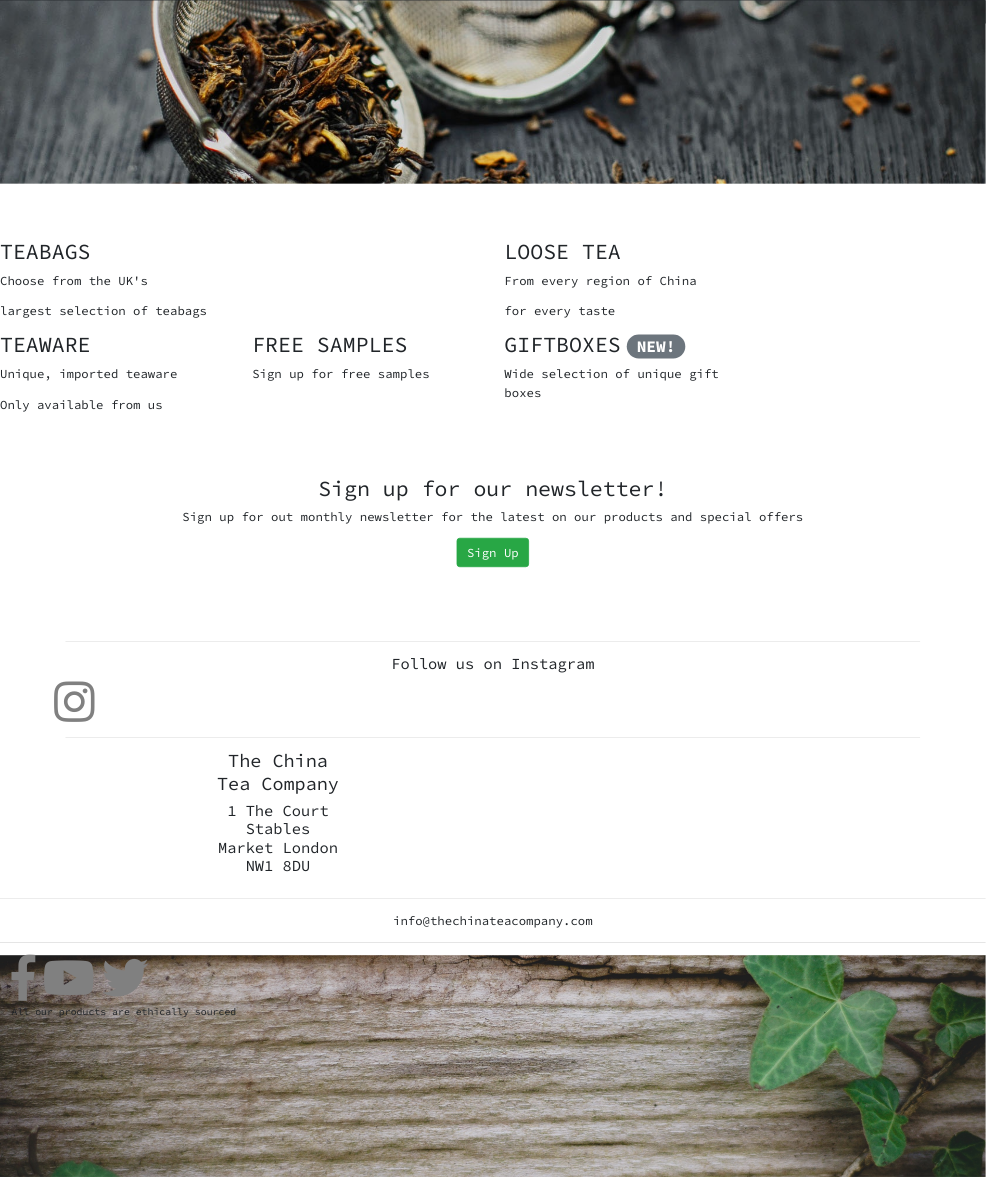
Repository: Code-Institute-Submissions/china-tea
Page: index.html
The author's editor kept a record of every edit. The page is drawn from the files as they stood at one moment, then again after the next edit.
The browser window is 1280 px wide. The page is 1295 px wide, so the pictures cover 1295 px, including what lies to the right of the window. The pictures show the part of the page from y = 720 to 2248 px (the page is 2248 px tall), at 77% of full size.
Backgrounds fixed to the window are drawn as part of the page. Some web libraries are served in a nearby version.

Above is the page before.

### index.html
<!DOCTYPE html>
<html lang="en">

<head>
    <meta charset="UTF-8">
    <meta name="viewport" content="width=device-width, initial-scale=1.0">
    <meta http-equiv="X-UA-Compatible" content="ie=edge">
    <link rel="stylesheet" href="https://stackpath.bootstrapcdn.com/bootstrap/4.3.1/css/bootstrap.min.css" integrity="sha384-ggOyR0iXCbMQv3Xipma34MD+dH/1fQ784/j6cY/iJTQUOhcWr7x9JvoRxT2MZw1T" crossorigin="anonymous">

    <link rel="stylesheet" href="https://use.fontawesome.com/releases/v5.1.1/css/all.css" integrity="sha384-O8whS3fhG2OnA5Kas0Y9l3cfpmYjapjI0E4theH4iuMD+pLhbf6JI0jIMfYcK3yZ" crossorigin="anonymous">
    <link href="https://fonts.googleapis.com/css?family=Indie+Flower|Source+Code+Pro:400,700&display=swap" rel="stylesheet">
    <link rel="stylesheet" href="./assets/style.css" type="text/css" />
    <title>China Tea Company | Buy specially imported tea, tea-ware and gift boxes</title>
</head>

<body>

        <div class="container-fluid callout-container">

    <!-- navbar -->


    <nav class="navbar transparent navbar-expand-sm">
        <a href="/" class="navbar-home">Home</a>

        <button class="navbar-toggler ml-auto" type="button" data-toggle="collapse" data-target="#navbarNavDropdown" aria-controls="navbarNavDropdown" aria-expanded="false" aria-label="Toggle navigation">
    <span class="navbar-toggler-icon"></span>
</button>

        <div class="collapse navbar-collapse" id="navbarNavDropdown">

            <ul class="navbar-nav mx-auto">
                <div class="dropdown">
                    <a class="btn btn-transparent dropdown-toggle" href="#" role="button" id="dropdownMenuLink" data-toggle="dropdown" aria-haspopup="true" aria-expanded="false">Shop
  </a>

                    <div class="dropdown-menu" aria-labelledby="dropdownMenuLink">
                        <a class="dropdown-item" href="#">Teabags</a>
                        <a class="dropdown-item" href="#">Loose Tea</a>
                        <a class="dropdown-item" href="#">Teaware</a>
                        <a class="dropdown-item" href="#">Giftboxes</a>
                    </div>
                </div>


            </ul>




            <ul class="navbar-nav ml-auto ">

                <li class="nav-item"><a class="nav-link" href="/contact">Contact Us</a></li>
                <li class="nav-item"><a class="nav-link" href="/sign-in">Sign-in Sign-up</a></li>
            </ul>

        </div>
    </nav>

    <!-- /.navbar -->




        <!--Callout-->
        <section class="callout">
            <div class="row">

                <h1>The China Tea Company</h1>
                <div>
                    <h4 class="since text-muted">Since 1992</h4>
                </div>
            </div>
            <div class="row">
                <h2>Discover Chinese tea</h2>
            </div>

            <div class="row">
                <p><mark><strong>Sign up now for special offers</strong></mark>
                </p>
            </div>
            <div class="row">
                <button type="button" class="btn btn-outline-warning" data-toggle="modal" data-target="#signUpModal">Sign up!</button>
            </div>


            <div class="row">
                <div class="col-12 col-sm-4">
                </div>
                <div class="col-12 col-sm-4">

                    <p class="lead">The best selection of tea and tea-ware sourced directly from China by our experts</p>
                </div>
                <div class="col-12 col-sm-4">
                </div>
            </div>
        </section>


        <!--/.Callout-->
    </div>

    <div class="container-fluid buffer-container">
        <!--background buffer-->


    </div>

    <!--/.background buffer-->



        <!--Purchase-->

    <section class="purchase">
        <div class="row">
            <div class="col-12 col-sm-6 tea-bags-img">

            </div>
            <div class="col-12 col-sm-6">

            </div>
        </div>
            <div class="row">
                <div class="col-12 col-sm-6">
                    <div class="teabags">
                        <h3 class="text-uppercase">Teabags </h3>
                        <p>Choose from the UK's</p>
                        <p>largest selection of teabags</p>
                    </div>
                </div>



                <div class="col-12 col-sm-6">
                    <div class="loosetea">
                        <h3 class="text-uppercase">Loose Tea</h3>
                        <p>From every region of China</p>
                        <p>for every taste</p>
                    </div>
                </div>
            </div>




            <div class="row">
                <div class="col-12 col-sm-3">
                    <div class="teaware">
                        <h3 class="text-uppercase">Teaware</h3>
                        <p>Unique, imported teaware</p>
                        <p>Only available from us</p>
                    </div>
                </div>


                <div class="col-12 col-sm-3">
                    <div class="freesamples">
                        <h3 class="text-uppercase">Free Samples</h3>
                        <p>Sign up for free samples</p>
                    </div>
                </div>


                <div class="col-12 col-sm-3">

                    <div class="giftboxes">
                        <h3 class="text-uppercase">Giftboxes<span class="badge  badge-pill badge-secondary ml-2">NEW!</span></h3>
                        <p>Wide selection of unique gift boxes</p>
                    </div>
                </div>
            </div>


</section>


        <!--/.purchase-->





    <!--newsletter jumbotron-->
    <div class="container jumbotron-container">
        <section class="newsletter jumbotron text-center">

            <h3>Sign up for our newsletter!</h3>
            <p class="d-none d-sm-block">Sign up for out monthly newsletter for the latest on our products and special offers</p>

            <button type="button" class="btn btn-success" data-toggle="modal" data-target="#signUpModal">Sign Up</button>



        </section>
    </div>
    <!--/.newsletter jumbotron-->


    <div class="container instagram-container">
        <!--Instagram-->
        <hr>
        <section class="instagram">
            <div class="row">
                <div class="col-12">
                    <h5>
                        <center>Follow us on Instagram</center>
                    </h5>

                </div>

            </div>
            <div class="row">
                <i class="fab fa-instagram" style="font-size:60px;color:grey;"></i>
            </div>
        </section>
        <hr>
        <!--/.Instagram-->

    </div>

    <div class="container address-container">

        <!--address-->

        <section class="address">
            <div class="row">
                <div class="col-12 col-sm-4">
                </div>
                <div class="col-12 col-sm-4">
                    <h4 class="mx-auto">
                        The China Tea Company
                    </h4>
                    <h5>
                        <center>1 The Court Stables Market London NW1 8DU</center>
                    </h5>
                </div>
                <div class="col-12 col-sm-4">

                </div>

            </div>

        </section>


        <!--/.address-->

    </div>
    <hr>

    <p>
        <center>info@thechinateacompany.com</center>
    </p>






    <!--Modal-->

    <div class="modal" tabindex="-1" role="dialog" id="signUpModal">
        <div class="modal-dialog" role="document">
            <div class="modal-content">
                <div class="modal-header">
                    <h5 class="modal-title">Sign Up!</h5>
                    <button type="button" class="close" data-dismiss="modal" aria-label="Close">
          <span aria-hidden="true">&times;</span>
        </button>
                </div>
                <div class="modal-body">
                    <form>
                        <div class="form-group">

                            <input type="password" class="form-control" id="firstName" placeholder="First Name">
                            <input type="password" class="form-control" id="lastName" placeholder="Last Name">
                        </div>
                        <div class="form-group">
                            <label for="exampleInputEmail1">Email address</label>
                            <input type="email" class="form-control" id="exampleInputEmail1" aria-describedby="emailHelp" placeholder="Enter email">
                            <small id="emailHelp" class="form-text text-muted">We'll never share your email with anyone else.</small>
                        </div>
                        <div class="form-group">
                            <label for="password1">Password</label>
                            <input type="password" class="form-control" id="password1" placeholder="Choose password">
                        </div>
                        <div class="form-group">

                            <input type="password" class="form-control" id="repeat-Password" placeholder="Repeat password">
                        </div>
                        <label for="message">Message</label>
                        <textarea class="form-control" id="message" rows="3"></textarea>
                        <div class="form-group form-check">
                            <input type="checkbox" class="form-check-input" id="exampleCheck1">
                            <label class="form-check-label" for="exampleCheck1">I want to receive your newsletter</label>
                        </div>
                        <button type="submit" class="btn btn-primary">Submit</button>
                    </form>
                </div>

            </div>
        </div>
    </div>

    <!--/.Modal-->

    <hr>
    <div class="container-fluid footer-container">
        <!--footer-->


        <div class="social-media">
            <i class="fab fa-facebook-f" style="font-size:60px;color:grey;"></i>
            <i class="fab fa-youtube" style="font-size:60px;color:grey;"></i>
            <i class="fab fa-twitter" style="font-size:60px;color:grey;"></i>
        </div>

        <p><small>All our products are ethically sourced</small></p>

        <!--/.footer-->

    </div>

    <script src="https://code.jquery.com/jquery-3.3.1.slim.min.js" integrity="sha384-q8i/X+965DzO0rT7abK41JStQIAqVgRVzpbzo5smXKp4YfRvH+8abtTE1Pi6jizo" crossorigin="anonymous"></script>
    <script src="https://cdnjs.cloudflare.com/ajax/libs/popper.js/1.14.7/umd/popper.min.js" integrity="sha384-UO2eT0CpHqdSJQ6hJty5KVphtPhzWj9WO1clHTMGa3JDZwrnQq4sF86dIHNDz0W1" crossorigin="anonymous"></script>
    <script src="https://stackpath.bootstrapcdn.com/bootstrap/4.3.1/js/bootstrap.min.js" integrity="sha384-JjSmVgyd0p3pXB1rRibZUAYoIIy6OrQ6VrjIEaFf/nJGzIxFDsf4x0xIM+B07jRM" crossorigin="anonymous"></script>
</body>

</html>

### assets/style.css

/*body*/


body {
    font-family: 'Indie Flower', cursive;
    font-family: 'Source Code Pro', monospace;
}



.callout-container {
    height: 100vh;
box-shadow: 0 30px;

    background: url("images/main-background.jpg") no-repeat center center fixed;
    -webkit-background-size: cover;
    -moz-background-size: cover;
    -o-background-size: cover;
    background-size: cover;



}

.since {
    position: relative;
    left: 327px;
    top: 40px;
}

.buffer-container {
    height: 33vh;

    background: url("images/tea-1869594.jpg") no-repeat center center fixed;
    -webkit-background-size: cover;
    -moz-background-size: cover;
    -o-background-size: cover;
    background-size: cover;
}








.individual-purchase {
    text-align: center;
    display: inline-block;
}





.tea-bags-img {
    height:10vh;
    width:50%;
}





.jumbotron {
    background-color: transparent
}

.instagram-container {}

.address-container {}

.address {
    text-align: center;
    display: inline-block;
}

.footer-container {
    height: 40vh;

    background: url("images/footer.jpg") no-repeat center center fixed;
    -webkit-background-size: cover;
    -moz-background-size: cover;
    -o-background-size: cover;
    background-size: cover;
}

After the next edit:
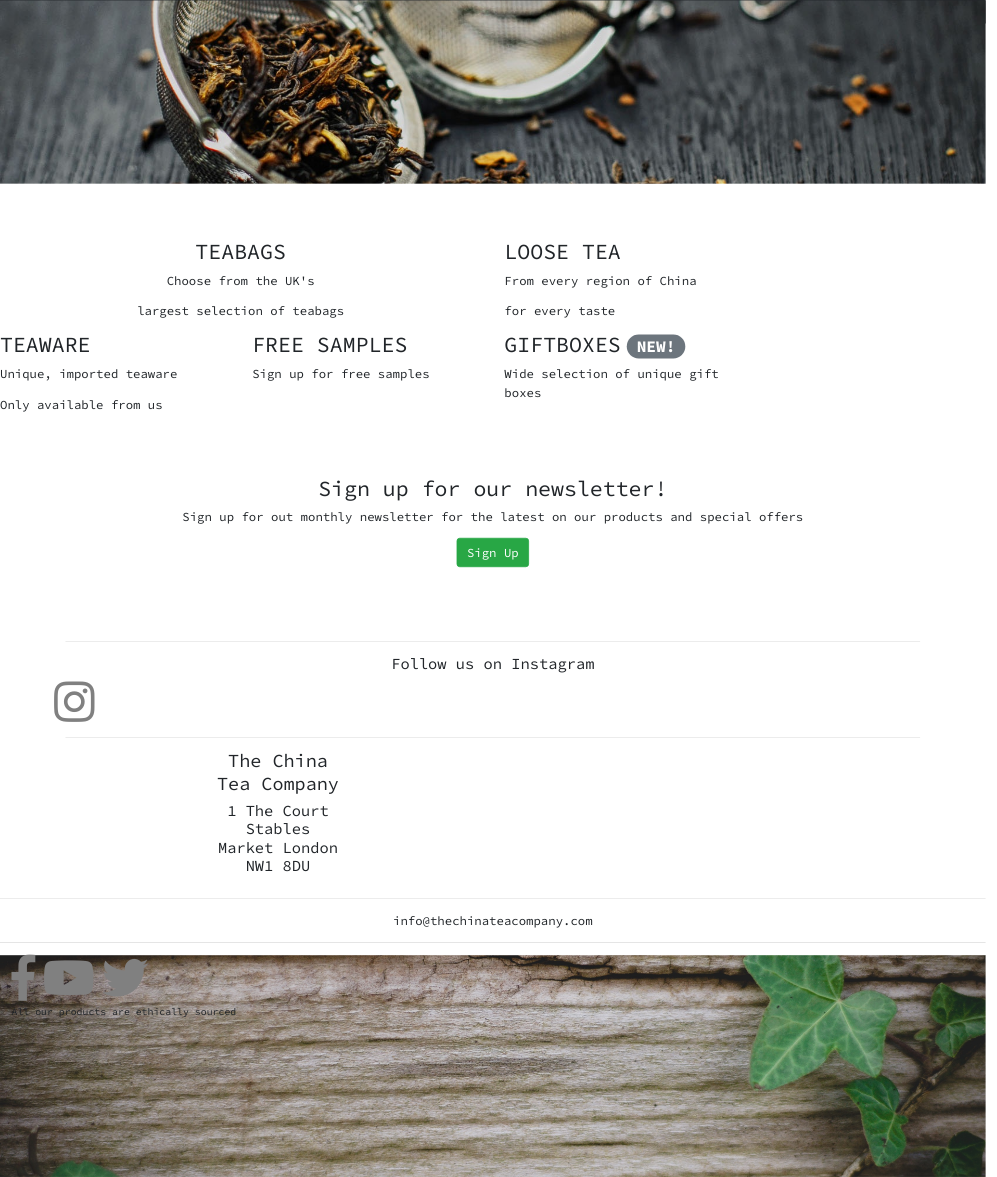
The edit:
--- a/index.html
+++ b/index.html
@@ -122,7 +122,7 @@
             </div>
         </div>
             <div class="row">
-                <div class="col-12 col-sm-6">
+                <div class="col-12 col-sm-6 individual-purchase">
                     <div class="teabags">
                         <h3 class="text-uppercase">Teabags </h3>
                         <p>Choose from the UK's</p>
